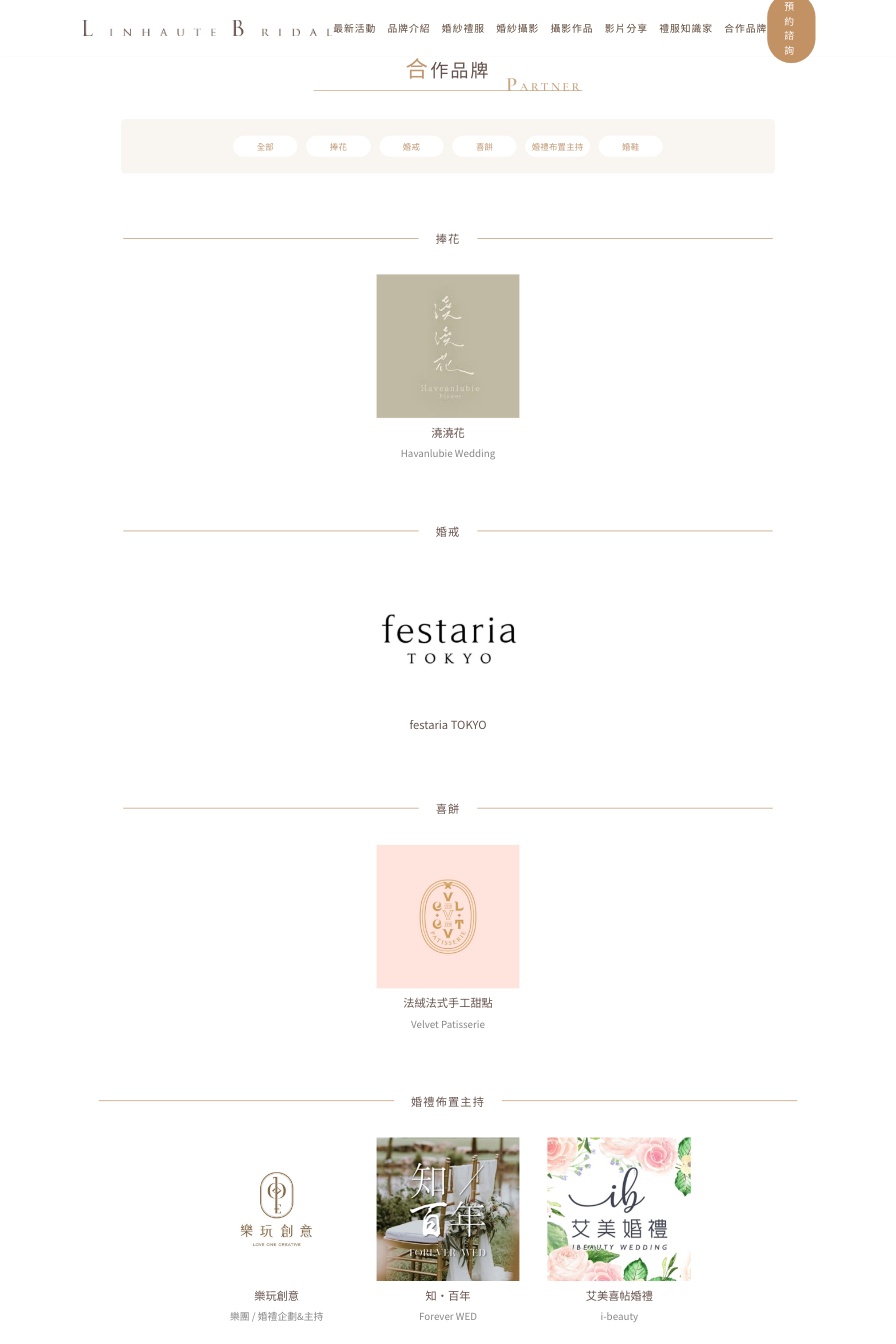
Repository: Jeffrey0117/lin-page
Page: 13.html
These files come from the project's save history. The page is drawn as it stood at one moment and after a run of saves; the edit follows.
The browser window is 1280 px wide. The pictures show the part of the page from y = 0 to 1920 px (the page is 2661 px tall before and 2761 px after), at 70% of full size.
Some web libraries are served in a nearby version.

Above is the page before, as saved 2025-12-01 14:58:20.

### 13.html
<!DOCTYPE html>
<html lang="zh-Hant">
<head>
    <meta charset="UTF-8">
    <meta name="viewport" content="width=device-width, initial-scale=1.0">
    <script src="https://cdn.tailwindcss.com"></script>
    <script>
      tailwind.config = {
        theme: {
          extend: {
            colors: {
              'text-main-title': '#5C4535',
              'text-subtitle': '#8E8174',
              'text-gold': '#BA8A63',
              'btn-bg': '#C29164',
              'underline': '#D6B499',
              'card-bg': '#F9F5F1',
              'footer-bg': '#D3B599',
              'footer-copyright': '#C09771',
            }
          }
        }
      }
    </script>
    <title>合作品牌 - LinHaute Bridal</title>
    <link rel="preconnect" href="https://fonts.googleapis.com">
    <link rel="preconnect" href="https://fonts.gstatic.com" crossorigin>
    <link href="https://fonts.googleapis.com/css2?family=Noto+Sans+HK:wght@300;400&display=swap" rel="stylesheet">
    <link href="https://fonts.googleapis.com/css2?family=Cormorant+Garamond:wght@600&display=swap" rel="stylesheet">
    <script src="https://code.jquery.com/jquery-3.6.0.min.js"></script>
    <style>
        .font-serifEng { font-family: 'Cormorant Garamond', serif; }
    </style>
</head>
<body class="font-['Noto_Sans_HK'] font-normal">

    <!-- Header Navigation -->
    <header class="fixed top-0 left-0 right-0 z-50 bg-white shadow-sm">
        <nav class="max-w-[1920px] mx-auto px-8 sm:px-10 md:px-16 lg:px-[115px]">
            <div class="flex items-center justify-between h-[80px]">
                <div class="flex-shrink-0 pl-2 sm:pl-0">
                    <a href="#" class="flex items-center">
                        <img src="images/logo/logo.svg" alt="LinHaute Bridal Logo" class="w-[200px] md:w-[280px] lg:w-[320px] xl:w-[361px] h-auto">
                    </a>
                </div>
                <div class="hidden lg:flex items-center lg:space-x-1.5 xl:space-x-4 2xl:space-x-6">
                    <a href="#" class="text-[13px] xl:text-[14px] tracking-[0.10em] text-text-main-title hover:text-text-gold transition-colors duration-300 whitespace-nowrap">最新活動</a>
                    <a href="#" class="text-[13px] xl:text-[14px] tracking-[0.10em] text-text-main-title hover:text-text-gold transition-colors duration-300 whitespace-nowrap">品牌介紹</a>
                    <a href="#" class="text-[13px] xl:text-[14px] tracking-[0.10em] text-text-main-title hover:text-text-gold transition-colors duration-300 whitespace-nowrap">婚紗禮服</a>
                    <a href="#" class="text-[13px] xl:text-[14px] tracking-[0.10em] text-text-main-title hover:text-text-gold transition-colors duration-300 whitespace-nowrap">婚紗攝影</a>
                    <a href="#" class="text-[13px] xl:text-[14px] tracking-[0.10em] text-text-main-title hover:text-text-gold transition-colors duration-300 whitespace-nowrap">攝影作品</a>
                    <a href="#" class="text-[13px] xl:text-[14px] tracking-[0.10em] text-text-main-title hover:text-text-gold transition-colors duration-300 whitespace-nowrap">影片分享</a>
                    <a href="#" class="text-[13px] xl:text-[14px] tracking-[0.10em] text-text-main-title hover:text-text-gold transition-colors duration-300 whitespace-nowrap">禮服知識家</a>
                    <a href="#" class="text-[13px] xl:text-[14px] tracking-[0.10em] text-text-main-title hover:text-text-gold transition-colors duration-300 whitespace-nowrap">合作品牌</a>
                </div>
                <div class="hidden lg:block">
                    <a href="#" class="inline-flex items-center justify-center px-6 py-2 bg-btn-bg text-white text-[14px] tracking-[0.10em] rounded-full hover:bg-text-gold transition-colors duration-300">預約諮詢</a>
                </div>
                <button id="mobile-menu-btn" class="lg:hidden flex flex-col justify-center items-center w-10 h-10 space-y-1.5 focus:outline-none" aria-label="Toggle menu">
                    <span class="hamburger-line w-6 h-0.5 bg-text-main-title transition-all duration-300"></span>
                    <span class="hamburger-line w-6 h-0.5 bg-text-main-title transition-all duration-300"></span>
                    <span class="hamburger-line w-6 h-0.5 bg-text-main-title transition-all duration-300"></span>
                </button>
            </div>
        </nav>
        <div id="mobile-menu" class="lg:hidden hidden bg-white border-t border-gray-100">
            <div class="px-4 py-4 space-y-3">
                <a href="#" class="block text-[14px] tracking-[0.10em] text-text-main-title hover:text-text-gold transition-colors duration-300 py-2">最新活動</a>
                <a href="#" class="block text-[14px] tracking-[0.10em] text-text-main-title hover:text-text-gold transition-colors duration-300 py-2">品牌介紹</a>
                <a href="#" class="block text-[14px] tracking-[0.10em] text-text-main-title hover:text-text-gold transition-colors duration-300 py-2">婚紗禮服</a>
                <a href="#" class="block text-[14px] tracking-[0.10em] text-text-main-title hover:text-text-gold transition-colors duration-300 py-2">婚紗攝影</a>
                <a href="#" class="block text-[14px] tracking-[0.10em] text-text-main-title hover:text-text-gold transition-colors duration-300 py-2">攝影作品</a>
                <a href="#" class="block text-[14px] tracking-[0.10em] text-text-main-title hover:text-text-gold transition-colors duration-300 py-2">影片分享</a>
                <a href="#" class="block text-[14px] tracking-[0.10em] text-text-main-title hover:text-text-gold transition-colors duration-300 py-2">禮服知識家</a>
                <a href="#" class="block text-[14px] tracking-[0.10em] text-text-main-title hover:text-text-gold transition-colors duration-300 py-2">合作品牌</a>
                <div class="pt-3">
                    <a href="#" class="inline-flex items-center justify-center w-full py-3 bg-btn-bg text-white text-[14px] tracking-[0.10em] rounded-full hover:bg-text-gold transition-colors duration-300">預約諮詢</a>
                </div>
            </div>
        </div>
    </header>

    <!-- Main Content Section -->
    <section class="bg-[#ffffff] pt-20">
      <!-- ------------------------開頭標題------------------------ -->
      <div class="w-full">
        <div class="tracking-[-0.01em] leading-none text-center">
          <span class="text-[25px] sm:text-[32px] text-[#C09771] font-[400]">合</span>
          <span class="tracking-[0.1em] text-[19px] sm:text-[26px] text-[#67534D] font-[400]">作品牌</span>
        </div>

        <div class="mx-auto w-full xl:w-[30%] w-max-[581px] flex justify-end relative">
          <div class="flex items-end leading-[0.6] tracking-[0.2em]">
            <span class="text-[22px] sm:text-[29px] font-serifEng font-[500] text-[#c9a782]">P</span>
            <span class="text-[11px] sm:text-[18px] font-serifEng font-[400] text-[#c9a782]">ARTNER</span>
          </div>
        </div>

        <div class="mx-auto w-full xl:w-[30%] w-max-[581px] border-b border-[#c9a782]"></div>
      </div>
      <!-- ------------------------開頭標題------------------------ -->

      <!-- ------------------------分類按鈕------------------------ -->
      <div class="w-full flex flex-col justify-center items-center">
        <div class="mt-10 mb-0 sm:mb-10 flex-col w-[90%] lg:w-[73%] max-w-[1392px] rounded-md flex bg-[#f9f5f1] py-6 px-2 sm:px-8 xl:px-40">
          <div class="flex flex-wrap xl:flex-nowrap gap-3 justify-center items-center">
            <button data-category="all" class="filter-btn group w-[114px] py-1.5 flex items-center justify-center text-[#c09771] rounded-full text-[12px] tracking-wide hover:bg-[#c09771] bg-white hover:text-white transition">全部</button>
            <button data-category="category-1" class="filter-btn group w-[114px] py-1.5 flex items-center justify-center gap-2 text-[#c09771] rounded-full text-[12px] tracking-wide hover:bg-[#c09771] bg-white hover:text-white transition">捧花</button>
            <button data-category="category-2" class="filter-btn group w-[114px] py-1.5 flex items-center justify-center gap-2 text-[#c09771] rounded-full text-[12px] tracking-wide hover:bg-[#c09771] bg-white hover:text-white transition">婚戒</button>
            <button data-category="category-3" class="filter-btn group w-[114px] py-1.5 flex items-center justify-center gap-2 text-[#c09771] rounded-full text-[12px] tracking-wide hover:bg-[#c09771] bg-white hover:text-white transition">喜餅</button>
            <button data-category="category-4" class="filter-btn group w-[114px] py-1.5 flex items-center justify-center gap-2 text-[#c09771] rounded-full text-[12px] tracking-wide hover:bg-[#c09771] bg-white hover:text-white transition">婚禮布置主持</button>
            <button data-category="category-5" class="filter-btn group w-[114px] py-1.5 flex items-center justify-center gap-2 text-[#c09771] rounded-full text-[12px] tracking-wide hover:bg-[#c09771] bg-white hover:text-white transition">婚鞋</button>
          </div>
        </div>
        <!-------------------------------- 捧花 -------------------------------->
        <div class="card category-1 my-10 w-full flex items-center justify-center">
          <div class="w-[33%] max-w-[555px] border-t border-[#c09771]"></div>
          <span class="px-6 text-[#67534d] text-xs md:text-base tracking-widest">捧花</span>
          <div class="w-[33%] max-w-[555px] border-t border-[#c09771]"></div>
        </div>
        <div class="mb-12 card category-1 w-[50%] lg:w-[16%] flex flex-col">
          <img src="images/partner/澆澆花.jpg" alt="" />
          <p class="py-2 text-center text-[#67534d] text-[16px]">澆澆花</p>
          <p class="text-center text-[#868686] text-[14px]">Havanlubie Wedding</p>
        </div>
        <!-------------------------------- 婚戒 -------------------------------->
        <div class="card category-2 my-10 w-full flex items-center justify-center">
          <div class="w-[33%] max-w-[555px] border-t border-[#c09771]"></div>
          <span class="px-6 text-[#67534d] text-xs md:text-base tracking-widest">婚戒</span>
          <div class="w-[33%] max-w-[555px] border-t border-[#c09771]"></div>
        </div>
        <div class="mb-12 card category-2 w-[50%] lg:w-[16%] flex flex-col">
          <img src="images/partner/festaria TOKYO.jpg" alt="" />
          <p class="py-2 text-center text-[#67534d] text-[16px]">festaria TOKYO</p>
        </div>
        <!-------------------------------- 喜餅 -------------------------------->
        <div class="card category-3 my-10 w-full flex items-center justify-center">
          <div class="w-[33%] max-w-[555px] border-t border-[#c09771]"></div>
          <span class="px-6 text-[#67534d] text-xs md:text-base tracking-widest">喜餅</span>
          <div class="w-[33%] max-w-[555px] border-t border-[#c09771]"></div>
        </div>
        <div class="mb-12 card category-3 w-[50%] lg:w-[16%] flex flex-col">
          <img src="images/partner/法絨法式手工甜點.jpg" alt="" />
          <p class="py-2 text-center text-[#67534d] text-[16px]">法絨法式手工甜點</p>
          <p class="text-center text-[#868686] text-[14px]">Velvet Patisserie</p>
        </div>
        <!-------------------------------- 婚禮佈置主持 -------------------------------->
        <div class="card category-4 my-10 w-full flex items-center justify-center">
          <div class="w-[33%] max-w-[555px] border-t border-[#c09771]"></div>
          <span class="px-6 text-[#67534d] text-xs md:text-base tracking-widest">婚禮佈置主持</span>
          <div class="w-[33%] max-w-[555px] border-t border-[#c09771]"></div>
        </div>
        <div class="card category-4 mb-12 w-full flex lg:flex-row flex-col justify-center items-center gap-10">
          <div class="w-[50%] lg:w-[16%] flex flex-col">
            <img src="images/partner/樂玩創意.jpg" alt="" />
            <p class="py-2 text-center text-[#67534d] text-[16px]">樂玩創意</p>
            <p class="text-center text-[#868686] text-[14px]">樂團 / 婚禮企劃&主持</p>
          </div>
          <div class="w-[50%] lg:w-[16%] flex flex-col">
            <img src="images/partner/知·百年.jpg" alt="" />
            <p class="py-2 text-center text-[#67534d] text-[16px]">知·百年</p>
            <p class="text-center text-[#868686] text-[14px]">Forever WED</p>
          </div>
          <div class="w-[50%] lg:w-[16%] flex flex-col">
            <img src="images/partner/艾美喜帖婚禮.jpg" alt="" />
            <p class="py-2 text-center text-[#67534d] text-[16px]">艾美喜帖婚禮</p>
            <p class="text-center text-[#868686] text-[14px]">i-beauty</p>
          </div>
        </div>

        <!-------------------------------- 婚鞋  -------------------------------->
        <div class="card category-5 my-10 w-full flex items-center justify-center">
          <div class="w-[33%] max-w-[555px] border-t border-[#c09771]"></div>
          <span class="px-6 text-[#67534d] text-xs md:text-base tracking-widest">婚鞋</span>
          <div class="w-[33%] max-w-[555px] border-t border-[#c09771]"></div>
        </div>
        <div class="mb-12 card category-5 w-[50%] lg:w-[16%] flex flex-col">
          <img src="images/partner/ReSarah 時尚手作婚紗鞋.jpg" alt="" />
          <p class="py-2 text-center text-[#67534d] text-[16px]">ReSarah 時尚手作婚紗鞋</p>
          <p class="text-center text-[#868686] text-[14px]">Wedding Shoes</p>
        </div>
      </div>
    </section>

    <!-- Footer Section -->
    <footer class="w-full bg-footer-bg relative">
        <div class="absolute top-[20px] left-0 right-0 h-[1px] bg-white z-10"></div>
        <div class="absolute bottom-[20px] left-0 right-0 h-[1px] bg-white z-10"></div>
        <div class="container mx-auto px-4 max-w-[1200px] py-[53px]">
            <div class="grid grid-cols-1 lg:grid-cols-3 gap-8 items-center">
                <div class="text-white text-center lg:text-left lg:justify-self-start">
                    <p class="font-['Noto_Sans_HK'] font-light text-[13.5px] leading-[12px] mb-[12px]" style="letter-spacing: 1.5px;">服務時間｜10:00-18:00</p>
                    <p class="font-['Noto_Sans_HK'] font-light text-[13.5px] leading-[12px] mb-[12px]" style="letter-spacing: 1.5px;">固定公休｜每週三</p>
                    <p class="font-['Noto_Sans_HK'] font-light text-[13.5px] leading-[12px] mb-[12px]" style="letter-spacing: 1.5px;">聯絡電話｜07-2372269</p>
                    <p class="font-['Noto_Sans_HK'] font-light text-[13.5px] leading-[12px]" style="letter-spacing: 1.5px;">門市地址｜高雄市林森一路189號8樓 <a href="https://maps.google.com" target="_blank" class="inline text-[12px] font-['Noto_Sans_HK'] font-light leading-[12px] text-white hover:opacity-80 transition-opacity duration-300 underline ml-1" style="letter-spacing: 1.5px;">立即導航</a></p>
                </div>
                <div class="flex items-center justify-center py-[15px] lg:justify-self-center">
                    <img src="images/logo/logo-white.svg" alt="Lin Haute Bridal Logo" class="w-[195px] h-[139px] object-contain">
                </div>
                <div class="text-white text-center lg:text-right flex flex-col items-center lg:items-end lg:justify-self-end">
                    <div class="inline-flex gap-[25px] mb-[25px]">
                        <a href="#" target="_blank" rel="noopener noreferrer" class="w-[37px] h-[37px] rounded-full border border-white flex items-center justify-center hover:opacity-80 transition-opacity duration-300" aria-label="Line"><img src="images/icon/social-line.svg" alt="Line" class="w-[18px] h-[18px] object-contain"></a>
                        <a href="#" target="_blank" rel="noopener noreferrer" class="w-[37px] h-[37px] rounded-full border border-white flex items-center justify-center hover:opacity-80 transition-opacity duration-300" aria-label="Instagram"><img src="images/icon/social-instagram.svg" alt="Instagram" class="w-[18px] h-[18px] object-contain"></a>
                        <a href="#" target="_blank" rel="noopener noreferrer" class="w-[37px] h-[37px] rounded-full border border-white flex items-center justify-center hover:opacity-80 transition-opacity duration-300" aria-label="Facebook"><img src="images/icon/social-facebook.svg" alt="Facebook" class="w-[18px] h-[18px] object-contain"></a>
                        <a href="#" target="_blank" rel="noopener noreferrer" class="w-[37px] h-[37px] rounded-full border border-white flex items-center justify-center hover:opacity-80 transition-opacity duration-300" aria-label="YouTube"><img src="images/icon/social-youtube.svg" alt="YouTube" class="w-[18px] h-[18px] object-contain"></a>
                        <a href="#" target="_blank" rel="noopener noreferrer" class="w-[37px] h-[37px] rounded-full border border-white flex items-center justify-center hover:opacity-80 transition-opacity duration-300" aria-label="Email"><img src="images/icon/social-email.svg" alt="Email" class="w-[18px] h-[18px] object-contain"></a>
                    </div>
                    <p class="font-['Noto_Sans_HK'] font-normal text-[14px] leading-[18px] text-right" style="letter-spacing: 11px;">高級定制禮服．採預約制</p>
                </div>
            </div>
        </div>
    </footer>

    <div class="w-full bg-white h-[30px] flex items-center">
        <div class="container mx-auto px-4 max-w-[1200px]">
            <p class="font-['Noto_Sans_HK'] font-normal text-[11px] leading-[1] tracking-[0.5px] text-footer-copyright text-center">Copyright © Linhaute Bridal 2025. All Rights Reserved. Design by 漢羽網路</p>
        </div>
    </div>

    <script>
        document.addEventListener('DOMContentLoaded', function() {
            const menuBtn = document.getElementById('mobile-menu-btn');
            const mobileMenu = document.getElementById('mobile-menu');
            const hamburgerLines = menuBtn.querySelectorAll('.hamburger-line');
            menuBtn.addEventListener('click', function() {
                mobileMenu.classList.toggle('hidden');
                if (!mobileMenu.classList.contains('hidden')) {
                    hamburgerLines[0].style.transform = 'rotate(45deg) translate(5px, 6px)';
                    hamburgerLines[1].style.opacity = '0';
                    hamburgerLines[2].style.transform = 'rotate(-45deg) translate(5px, -6px)';
                } else {
                    hamburgerLines[0].style.transform = 'none';
                    hamburgerLines[1].style.opacity = '1';
                    hamburgerLines[2].style.transform = 'none';
                }
            });
        });
        $(document).ready(function () {
            $(".filter-btn").click(function () {
                const category = $(this).data("category");
                if (category === "all") {
                    $(".card").fadeIn(200);
                } else {
                    $(".card").fadeOut(200);
                    $("." + category).delay(200).fadeIn(200);
                }
            });
        });
    </script>

</body>
</html>

After the next 2 saves:
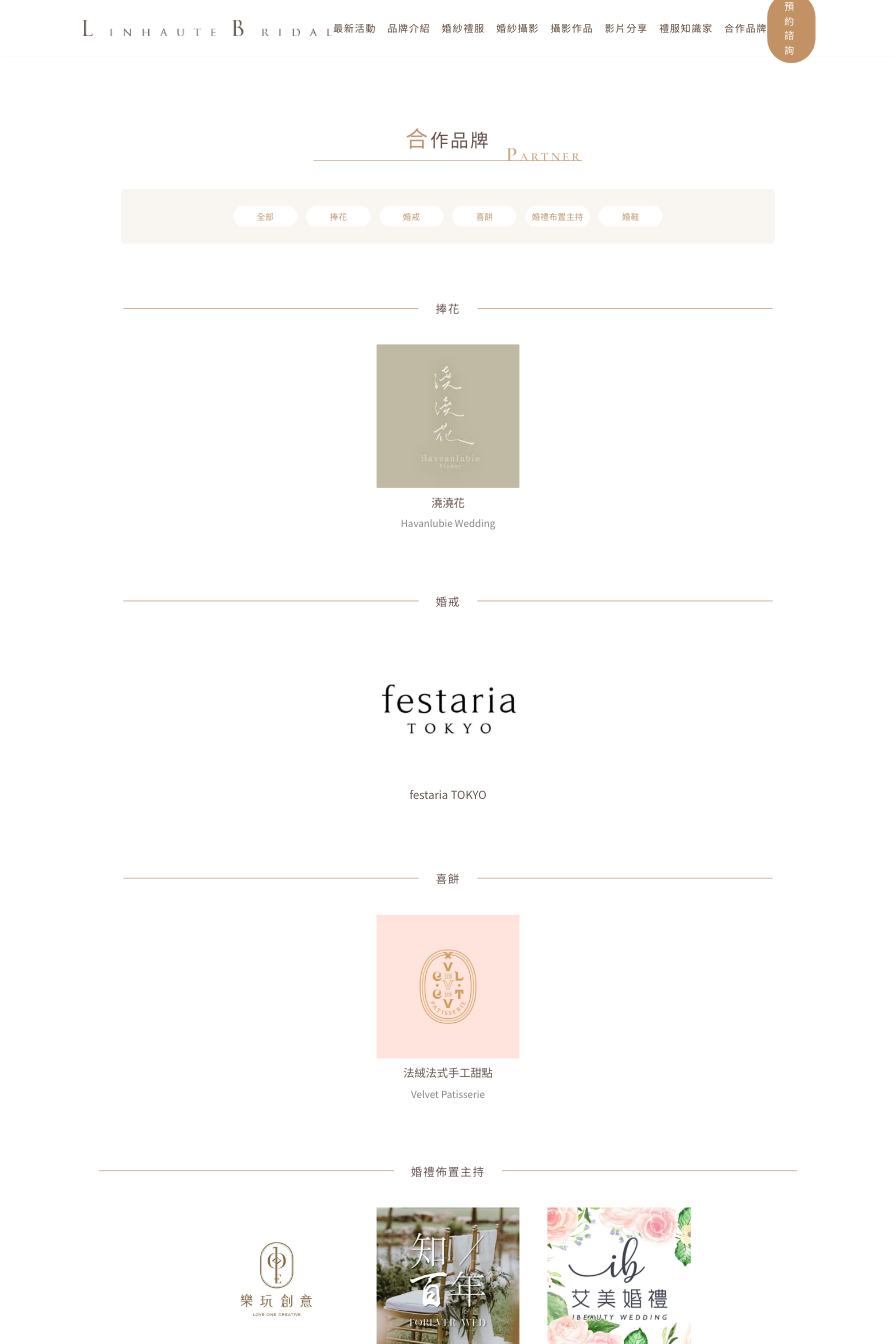
The 2 saves are shown as one change because they came seconds apart.
The last was saved 11 min 15 s later.
--- a/13.html
+++ b/13.html
@@ -81,7 +81,7 @@
     </header>
 
     <!-- Main Content Section -->
-    <section class="bg-[#ffffff] pt-20">
+    <section class="bg-[#ffffff] pt-[180px]">
       <!-- ------------------------開頭標題------------------------ -->
       <div class="w-full">
         <div class="tracking-[-0.01em] leading-none text-center">
